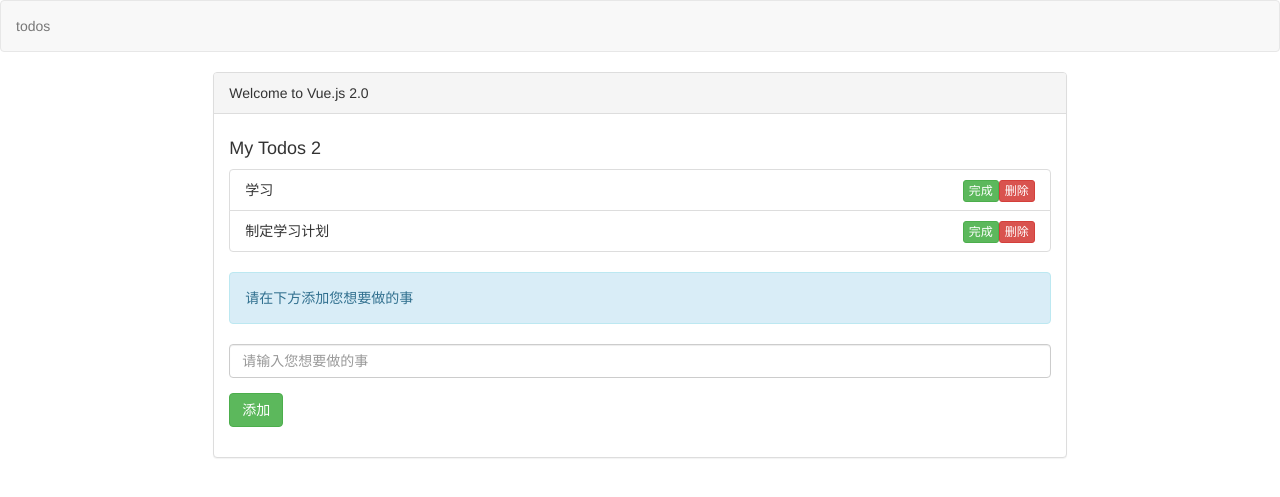
Repository: myr1111/todo
Page: Todoapp/index.html
These files come from the project's save history. The page is drawn as it stood at one moment and after a run of saves; the edit follows.
The browser window is 1280 px wide. The pictures show the whole page.

Above is the page before, as saved 2019-04-01 09:07:01.

After the next 2 saves:
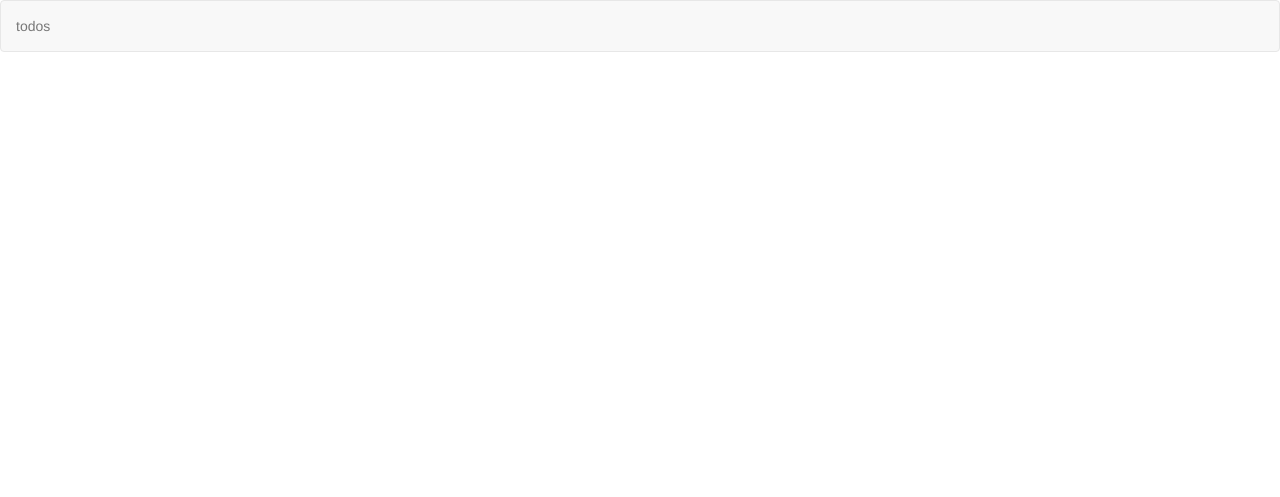
The 2 saves are shown as one change because they came seconds apart.
The last was saved 17 s later.
--- a/Todoapp/index.html
+++ b/Todoapp/index.html
@@ -32,7 +32,7 @@
                             <button @click="del(index)" class="btn btn-danger btn-xs pull-right">删除</button>
                             <button
                                 @click="status(todo)"
-                                :class="[]"
+                                :class="[todo.status?]"
                                 class="btn btn-success btn-xs pull-right"
                                 >
                                 完成

After the 5 saves that followed:
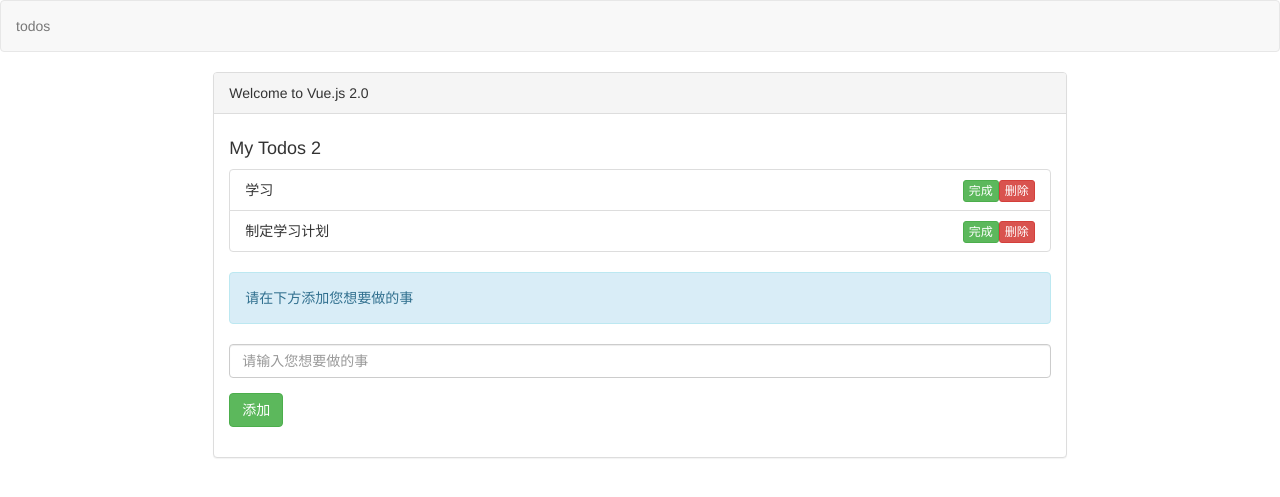
The 5 saves are shown as one change because 1 left the picture as it was and some came seconds apart.
The last was saved 18 s later.
--- a/Todoapp/index.html
+++ b/Todoapp/index.html
@@ -32,7 +32,7 @@
                             <button @click="del(index)" class="btn btn-danger btn-xs pull-right">删除</button>
                             <button
                                 @click="status(todo)"
-                                :class="[todo.status?]"
+                                :class="[todo.status?'btn-warning':'']"
                                 class="btn btn-success btn-xs pull-right"
                                 >
                                 完成
